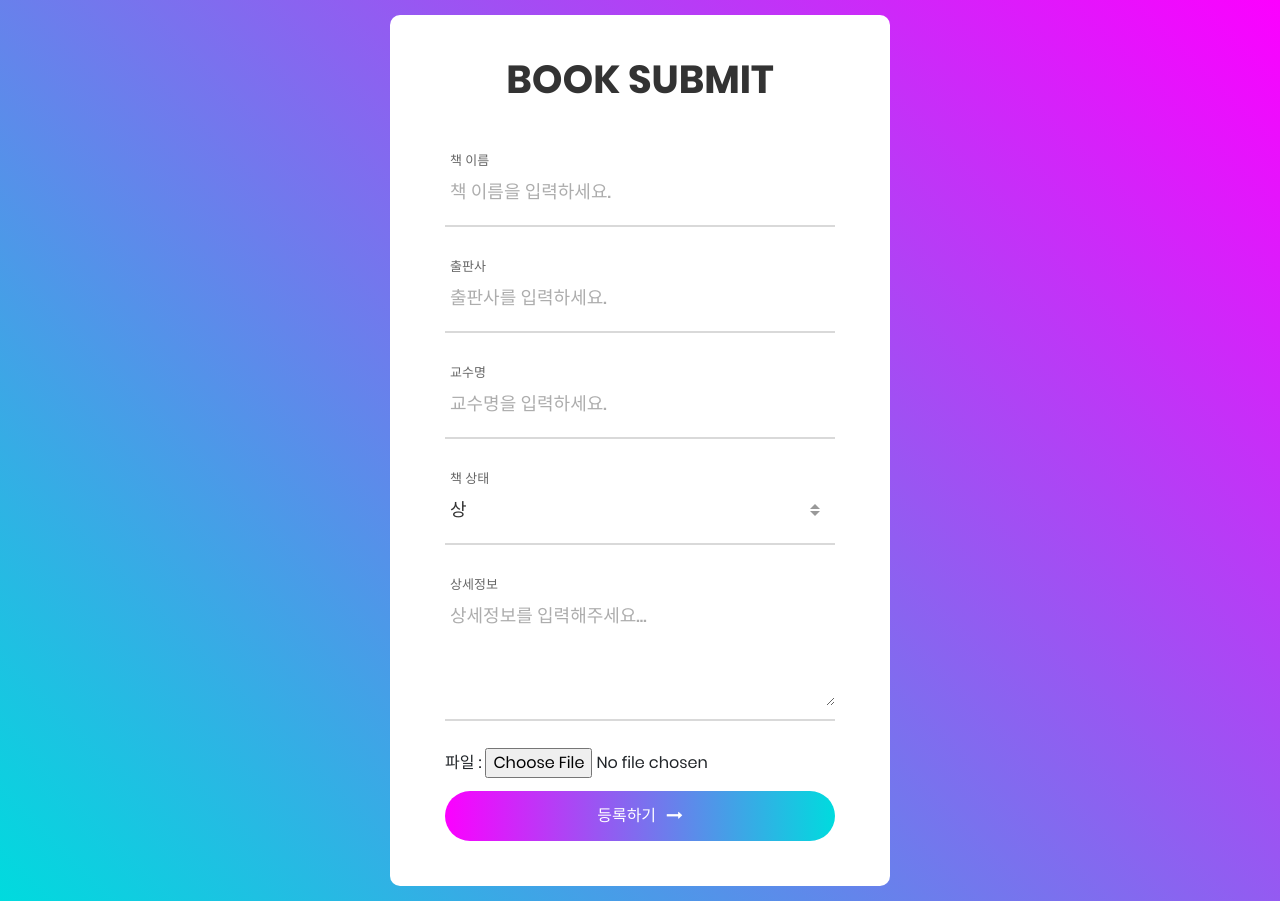
Repository: charmingjae/swproject
Page: http://localhost/bookBoard/ContactFrom_v4/write.jsp
The author's editor kept a copy of each file at every save. The page is drawn from the files as they stood at one save, then again after the next save.
The browser window is 1280 px wide. The pictures show the whole page.
The page is served by Tomcat 9.

Above is the page before, as saved 2019-12-18 06:47:28.

After the next save:
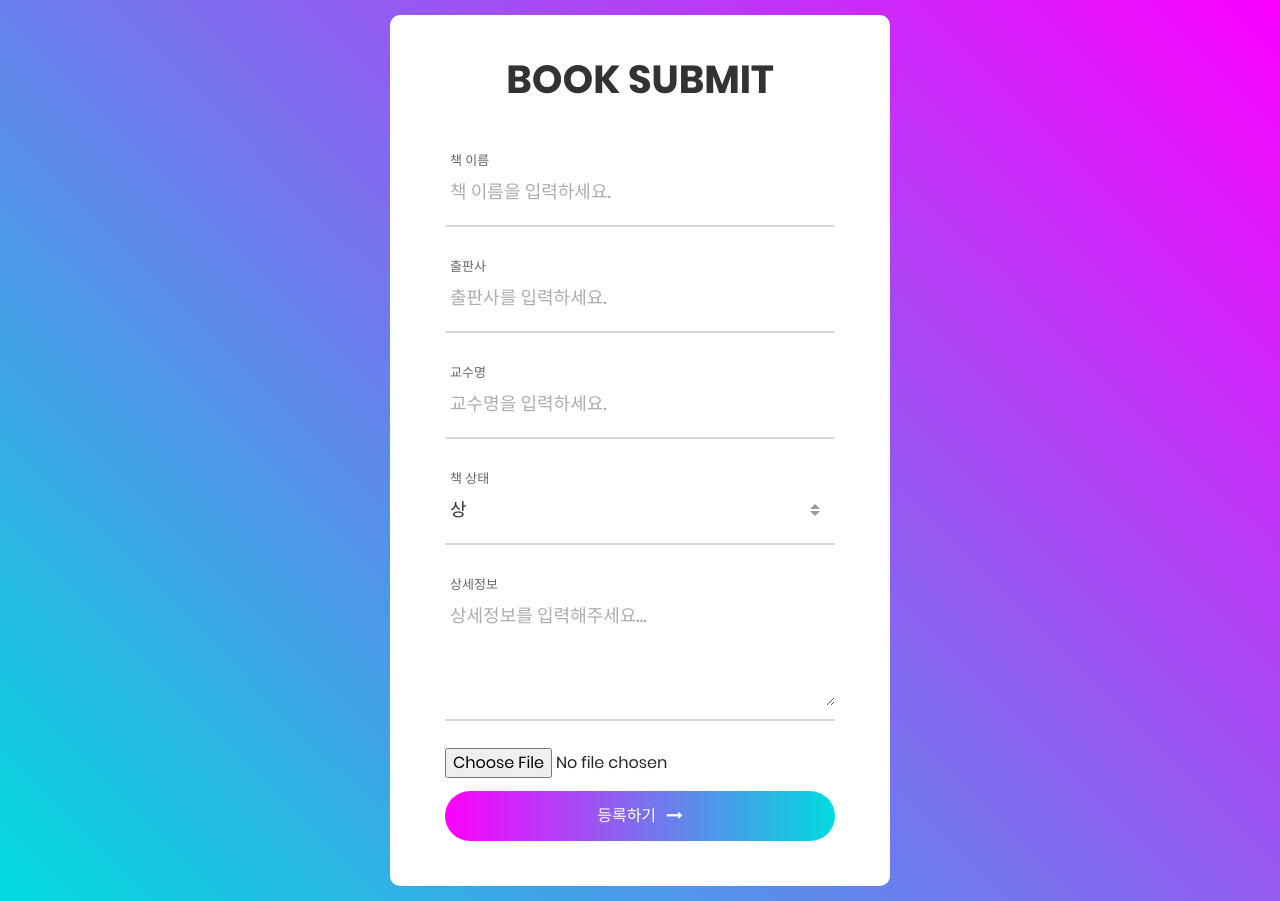
Saved 8 s later.
--- a/JSP/bookBoard/bookBoard/WebContent/ContactFrom_v4/write.jsp
+++ b/JSP/bookBoard/bookBoard/WebContent/ContactFrom_v4/write.jsp
@@ -85,7 +85,7 @@
 					<span class="focus-input100"></span>
 				</div>
 
-				파일 : <input type="file" name="file"><br>
+				<input type="file" name="file"><br>
 
 
 				<div class="container-contact100-form-btn">
